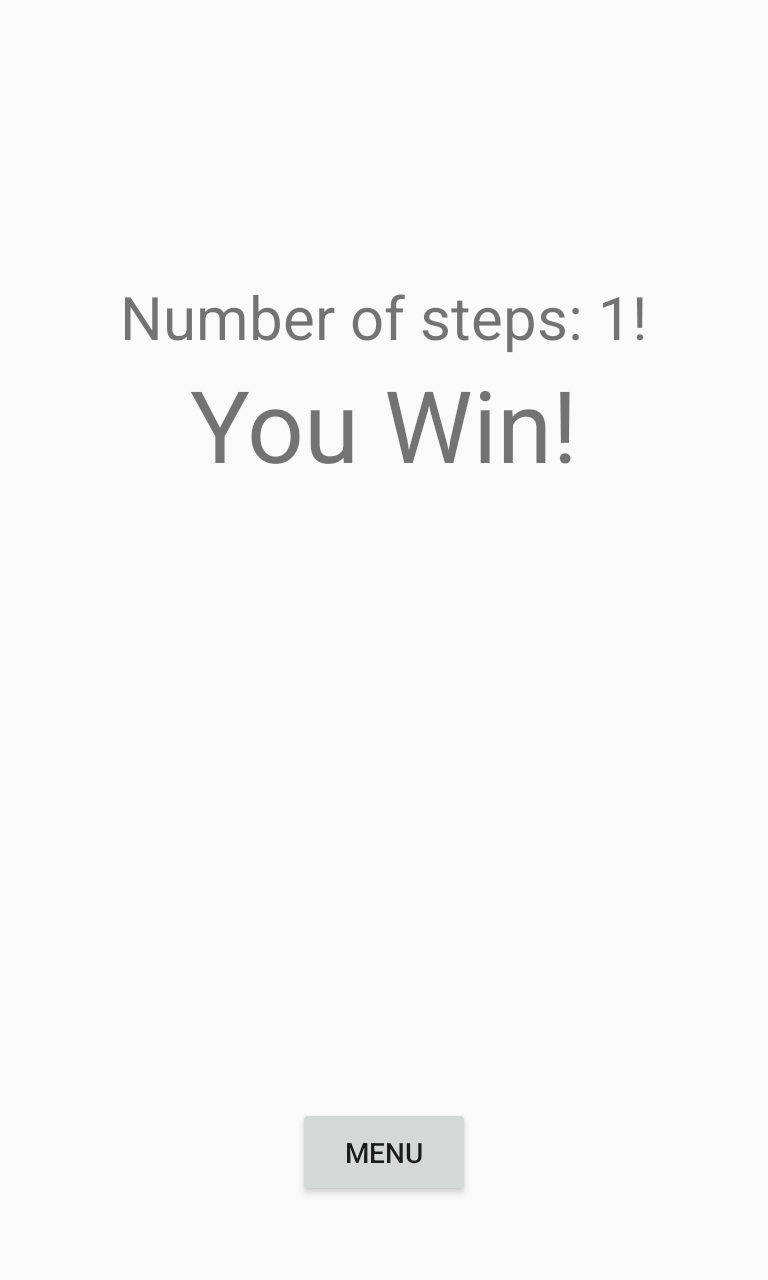
Repository: Rukshar/Native-App
Layout: nPuzzle10694676/nPuzzle10694676/res/layout/you_win.xml
The author's editor kept a copy of each file at every save. The layout is drawn from the files as they stood at one save, then again after the next save.
It is drawn on a 768 x 1280 px phone screen (xhdpi) without system bars, with theme AppTheme; the app's code is not run.

Above is the layout before, as saved 2014-11-20 15:16:32.

After the next save:
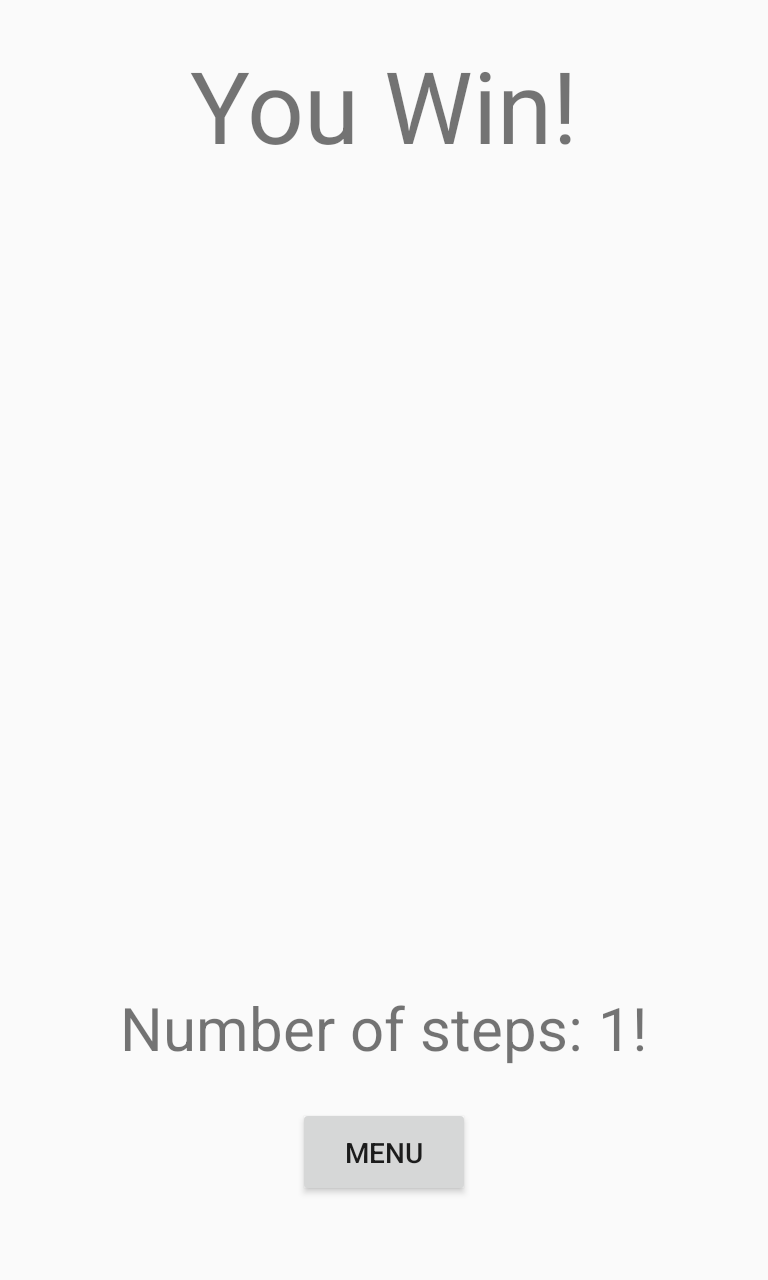
Saved 24 s later.
--- a/nPuzzle10694676/nPuzzle10694676/res/layout/you_win.xml
+++ b/nPuzzle10694676/nPuzzle10694676/res/layout/you_win.xml
@@ -14,24 +14,25 @@
         android:text="Menu" />
 
     <TextView
-        android:id="@+id/youwin"
+        android:id="@+id/steps"
         android:layout_width="wrap_content"
         android:layout_height="wrap_content"
         android:layout_alignParentTop="true"
         android:layout_centerHorizontal="true"
-        android:layout_marginTop="138dp"
+        android:layout_marginTop="19dp"
+        android:gravity="fill_horizontal"
+        android:text="You Win!"
+        android:textSize="50dp" />
+
+    <TextView
+        android:id="@+id/youwin"
+        android:layout_width="wrap_content"
+        android:layout_height="wrap_content"
+        android:layout_above="@+id/button1"
+        android:layout_centerHorizontal="true"
+        android:layout_marginBottom="18dp"
         android:gravity="fill_horizontal"
         android:text="Number of steps: 1!"
         android:textSize="30dp" />
 
-    <TextView
-        android:id="@+id/steps"
-        android:layout_width="wrap_content"
-        android:layout_height="wrap_content"
-        android:layout_below="@+id/youwin"
-        android:layout_centerHorizontal="true"
-        android:gravity="fill_horizontal"
-        android:text="You Win!"
-        android:textSize="50dp" />
-
 </RelativeLayout>
